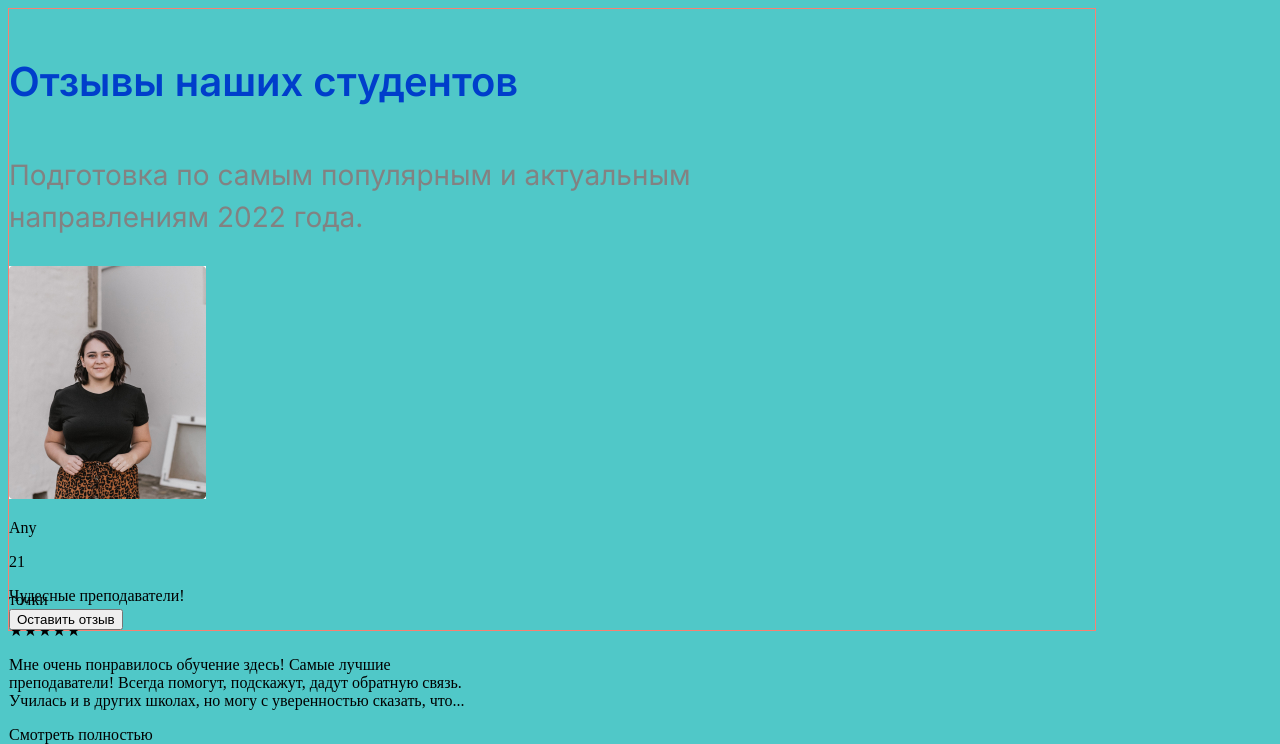
Repository: Malvuna/Studi
Page: index.html
An editor plug-in stored every save of this project. The page is shown before and after the next save, followed by the edit.
The browser window is 1280 px wide. The pictures show the whole page.

Above is the page before, as saved 2022-07-11 17:16:28.

After the next save:
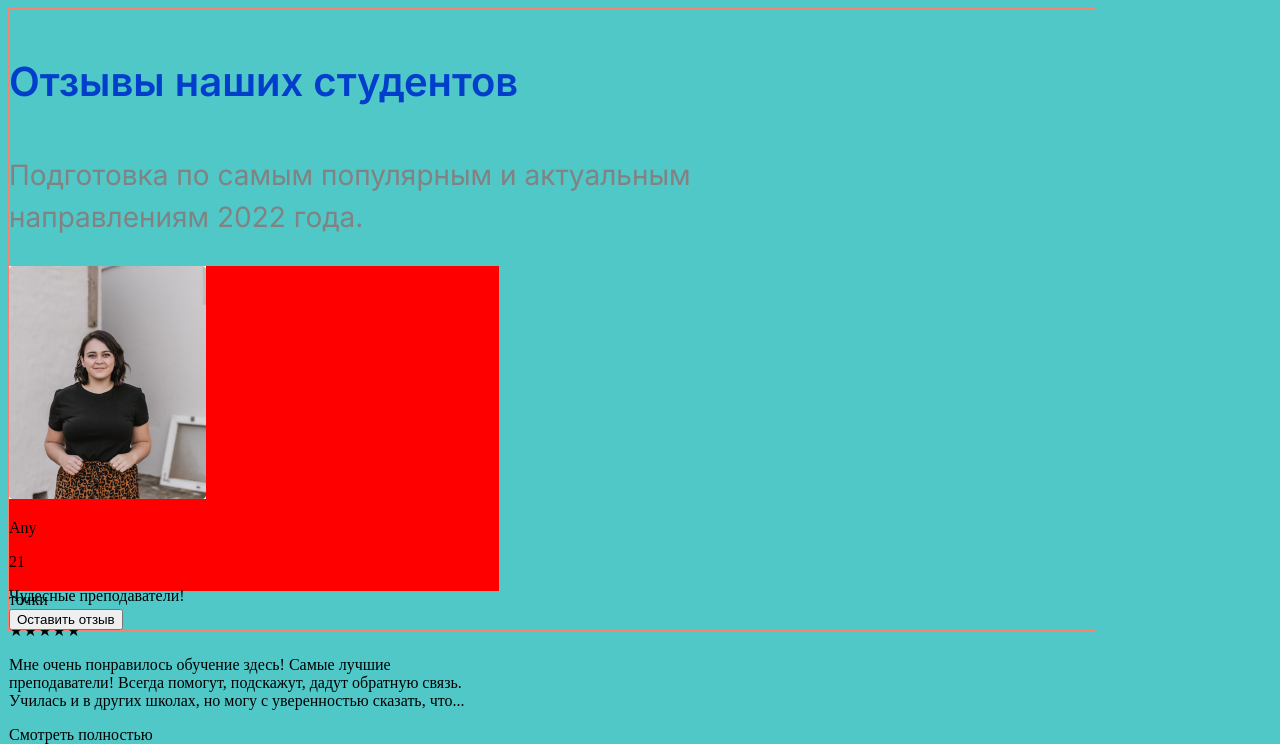
Saved 4 s later.
--- a/css/style.css
+++ b/css/style.css
@@ -29,5 +29,5 @@ body {
 .divOneCard{
     width: 490px;
 height: 325px;
-background-color: ;
+background-color: red;
 }
